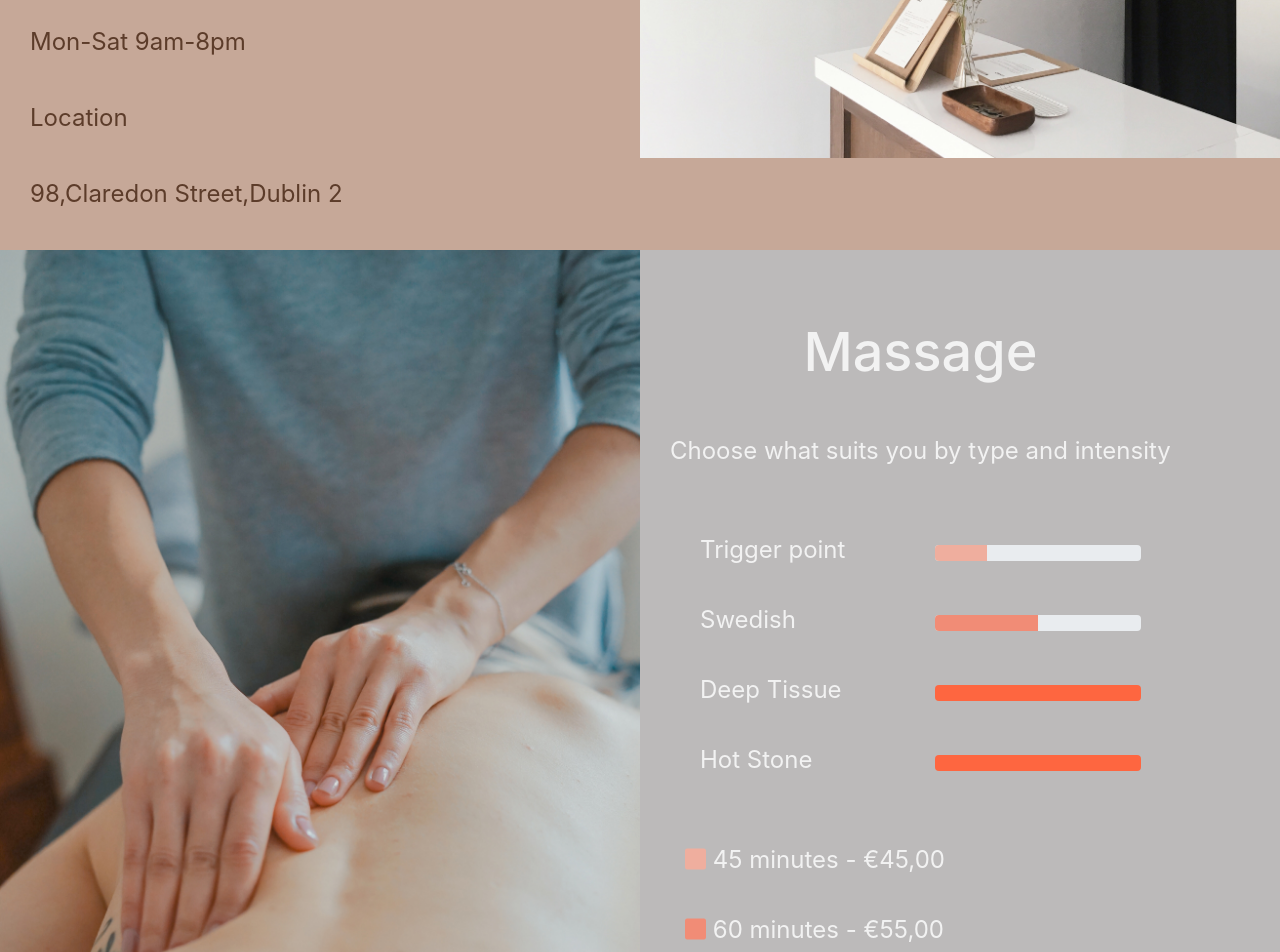
Repository: Code-Institute-Submissions/spa-website
Page: index.html
The author's editor kept a record of every edit. The page is drawn from the files as they stood at one moment, then again after the next edit.
The browser window is 1280 px wide. The pictures show the part of the page from y = 1282 to 2234 px (the page is 5148 px tall).
An inner scrolling area shows only its first screen. Backgrounds fixed to the window are drawn as part of the page. Some web libraries are served in a nearby version.

Above is the page before.

### index.html
<!DOCTYPE html>
<html lang="en">

<head>
  <meta charset="UTF-8">
  <meta name="viewport" content="width=device-width, initial-scale=1.0">
  <meta http-equiv="X-UA-Compatible" content="ie=edge">
  <link rel="stylesheet" href="./libraries/bootstrap.min.css" type="text/css" />
  <link rel="stylesheet" href="https://use.fontawesome.com/releases/v5.1.1/css/all.css" integrity="sha384-O8whS3fhG2OnA5Kas0Y9l3cfpmYjapjI0E4theH4iuMD+pLhbf6JI0jIMfYcK3yZ" crossorigin="anonymous">
  <link href="https://fonts.googleapis.com/css?family=Nobile" rel="stylesheet">
  <link rel="stylesheet" href="assets/css/style.css" type="text/css" />
  <script src="https://code.jquery.com/jquery-3.2.1.slim.min.js" integrity="sha384-KJ3o2DKtIkvYIK3UENzmM7KCkRr/rE9/Qpg6aAZGJwFDMVNA/GpGFF93hXpG5KkN" crossorigin="anonymous"></script>
  <script src="https://cdnjs.cloudflare.com/ajax/libs/popper.js/1.12.9/umd/popper.min.js" integrity="sha384-ApNbgh9B+Y1QKtv3Rn7W3mgPxhU9K/ScQsAP7hUibX39j7fakFPskvXusvfa0b4Q" crossorigin="anonymous"></script>
  <script src="https://maxcdn.bootstrapcdn.com/bootstrap/4.0.0/js/bootstrap.min.js" integrity="sha384-JZR6Spejh4U02d8jOt6vLEHfe/JQGiRRSQQxSfFWpi1MquVdAyjUar5+76PVCmYl" crossorigin="anonymous"></script>
  <title>Spa Website</title>
</head>

<body>


  <!-----------------------------Navigation Section------------------------------>

  <nav class="navbar navbar-expand-lg navbar-light fixed-top">
    <div class="container">
      <div>
        <ul class="navbar-nav ml-auto toptitle">
          <li class="nav-item">
            <a class="navbar-brand" href="#home">Unwind</a>
          </li>
        </ul>
      </div>
      <button class="navbar-toggler" type="button" data-toggle="collapse" data-target="#navbarSupportedContent" aria-controls="navbarSupportedContent" aria-expanded="false" aria-label="Toggle navigation">
            <span class="navbar-toggler-icon"></span>
        </button>

      <div class="collapse navbar-collapse" id="navbarcontent">
        <ul class="navbar-nav ml-auto">
          <li class="nav-item active">
            <a class="nav-link" href="#">Home
                        <span class="sr-only">(current)</span>
                    </a>
          </li>
          <li class="nav-item">
            <a class="nav-link" href="#about">About</a>
          </li>
          <li class="nav-item">
            <a class="nav-link" href="#massage">Massage</a>
          </li>
          <li class="nav-item">
            <a class="nav-link" href="#bathing">Bathing</a>
          </li>
          <li class="nav-item">
            <a class="nav-link" href="#offer">Offer</a>
          </li>
        </ul>
      </div>
    </div>
  </nav>

  <!---------------------------------Landing Page-------------------------------->

  <div class="home-area" id="home">
    <div class="home-text">
      <h1 id="titlepg">Take time for yourself.</h1>
    </div>
    <div class="button">
      <button type="button" class="btn-btn-primary btn-lg" href="#form" id="buttonpg">Book Now</button>
    </div>
  </div>


  <!----------------------------------About us---------------------------------->

  <section id="about-us" class="about-us">
    <div class="row no-gutters">
      <div class="col-12 col-md-6 d-flex align-items-center order-1 order-md-0">
        <div class="about">
          <h1 class="important">About us</h1>
          <div class="description">
            <p>Our Amazing Spa is on the Market for 13 years, located in the heart of Dublin City Center for easy access.</p>
            <p>We're always updating ourselves to provide the best treatments available for you to have your deserved time to relax!</p>
            <div class="details">
              <p>Opening Times</p>
              <p>Mon-Sat 9am-8pm</p>
              <p>Location</p>
              <p>98,Claredon Street,Dublin 2</p>
            </div>
          </div>
        </div>
      </div>
      <div class="col-12 col-md-6 order-0 order-md-1">
        <div class="vh-100 cover" id="about"></div>
      </div>
    </div>

  </section>




  <!------------------------------------Massage---------------------------------->

  <section id="massage" class="massage">
    <div class="row no-gutters">
      <div class="col-12 col-md-6 order-2">
        <div class="vh-100 cover"></div>
      </div>
      <div class="col-12 col-md-6 d-flex align-items-center order-3">
        <div id="masstop">
          <h1 class="titlemass">Massage</h1>
          <div id="secondline">
            <p>Choose what suits you by type and intensity</p>
          </div>
          <div class="containerlist">
            <div class="row">
              <div class="col-12 col-md-6">
                Trigger point
              </div>
              <div class="col-12 col-md-6" id="bar">
                <div class="progress">
                  <div class="progress-bar-low" role="progressbar" style="width: 25%" aria-valuenow="10" aria-valuemin="0" aria-valuemax="100">low</div>
                </div>
              </div>
            </div>

            <div class="row">
              <div class="col-12 col-md-6">
                Swedish
              </div>
              <div class="col-12 col-md-6" id="bar">
                <div class="progress">
                  <div class="progress-bar-medium" role="progressbar" style="width: 50%" aria-valuenow="10" aria-valuemin="0" aria-valuemax="100">medium</div>
                </div>
              </div>
            </div>


            <div class="row">
              <div class="col-12 col-md-6">
                Deep Tissue
              </div>
              <div class="col-12 col-md-6" id="bar">
                <div class="progress">
                  <div class="progress-bar-high" role="progressbar" style="width: 100%" aria-valuenow="10" aria-valuemin="0" aria-valuemax="100">high</div>
                </div>
              </div>
            </div>

            <div class="row">
              <div class="col-12 col-md-6">
                Hot Stone
              </div>
              <div class="col-12 col-md-6" id="bar">
                <div class="progress">
                  <div class="progress-bar-high" role="progressbar" style="width: 100%" aria-valuenow="10" aria-valuemin="0" aria-valuemax="100">high</div>
                </div>


              </div>
              <div class="circles">
                <div class="row">
                  <div class="col-12">
                    <span><i class="fas fa-square" id="low-square"></i> 45 minutes - €45,00</span><br>
                    <span><i class="fas fa-square" id="medium-square"></i> 60 minutes - €55,00</span><br>
                    <span><i class="fas fa-square" id="high-square"></i> 30 minutes - €65,00</i></span>
                  </div>
                </div>
              </div>
            </div>
          </div>
        </div>
      </div>

    </div>

  </section>



  <!--------------------------------------Bathing------------------------------->

  <section id="bathing" class="bathing">
    <div id="hero-bath">
      <div id="hero-overlay-bath">
        <div class="col-md-12">
          <h1 class="titlebath">Deluxe Bathing Room</h1>
          <div id="textbath">
            <span><i class="fa fa-user-alt"></i> 1 hour bath for one person- €45,00</span>
            </br>
           <span><i class="fa fa-user-friends"></i>1 hour bath for a couple- €60,00</span>
          </div>
          <p class="bottom"> Need extra time? 50% off on the next hour</p>
        </div>
      </div>
    </div>
  </section>




  <!--------------------------------------Offer---------------------------------->
  <section id="offer" class="offer">
    <div id="hero-offer">
      <div class="container">
        <h1 id="top">Do you think it can get any better?</h1>
        <h2 id="secondtop">Check this out!</h2>
        <div class="row" id="roundpics">
          <div class="col-sm-5">
            <img src="images/massagepic.jpg" class="rounded-circle" alt="massage">
          </div>
          <div class="col-sm-2">
            <p id="signplus">+</p>
          </div>
          <div class="col-sm-5">
            <img src="./images/bath.jpg" class="rounded-circle" alt="bath">
          </div>
          <p id="bottom">Buy any massage plus 1 hour bath and get 25% off the total price</p>
        </div>


  </section>

  <!--------------------------------------Form--------------->
  <section id="form" class="form">
    <div id="hero-cal">
      <div id="hero-overlay-cal">
        <h1 class="formt">Sign Up to book a day for you</h1>
        <form>
          <div class="form-group">
            <label for="InputName">Name</label>
            <input type="name" class="form-control" id="InputName" placeholder="Enter name">
          </div>
          <div class="form-group">
            <label for="InputEmail1">Email address</label>
            <input type="email" class="form-control" id="InputEmail1" aria-describedby="emailHelp" placeholder="Enter email">

          </div>
          <div class="form-group">
            <label for="InputPassword1">Password</label>
            <input type="password" class="form-control" id="InputPassword1" placeholder="Password">
          </div>
          <button type="submit" class="btn btn-primary btn-lg" id="buttonform">Sign Up</button>
        </form>
      </div>
    </div>
    </div>
  </section>



  <!------------Footer---------->
  <section id="footer" class="footer">
    <div class="text-center center-block">
      <p class="txt-footer">- unwind.com -</p>
      <br />
      <a href="https://www.facebook.com"><i class="fa fa-facebook-square fa-3x social"></i></a>
      <a href="https://twitter.com"><i class="fa fa-twitter-square fa-3x social"></i></a>
      <a href="mailto:unwindnow@gmail.com"><i class="fa fa-envelope-square fa-3x social"></i></a>
    </div>
  </section>
  <!-----------------------------------------end---------------------------->
  <script src="https://ajax.googleapis.com/ajax/libs/jquery/3.4.0/jquery.min.js "></script>
  <script type="text/javascript " src="./libraries/bootstrap.min.js "></script>

</body>

</html>

### assets/css/style.css
@import url('https://fonts.googleapis.com/css?family=Montserrat:400,700');

body {
  overflow-x: hidden;
  margin: 0 auto;
}

/*-----Navigation bar----*/

nav {
  color: #f1f1f1;
  background-color: #C6A898;
}

.navbar-brand {
  height: 2rem;
  color: #f2f2f2;
  font-family: segoe print;
  font-size: 32px;
  padding-bottom: 30px;
}

.toptitle {
  list-style: none;
}




/*------Landing Page----*/

.home-area {
  background: url('../../images/landing.jpg');
  background-position: center center;
  -webkit-background-size: cover;
  background-size: cover;
  height: 100vh;
  overflow-x: hidden;
}

.home-text {
  margin: 0 auto;
  text-align: center;
  height: auto;
}

#titlepg {
  margin-top: 45%;
  font-size: 84px;
  padding: 30px;
  color: #C6A898;
  text-shadow: 2px 1px 2px black;

}

#buttonpg {
  background-color: #f2f2f2;
  color: #5C3C2A;
  border-color: #f2f2f2;
  font-weight: bold;
  display: block;
  margin: 0 auto;
  margin-top: 10%;


}

@media (min-width: 600px) {
  #buttonpg {
    margin-top: 20%;
    font-size: 36px;
    padding: 14px 40px;
  }

  #titlepg {
    margin-top: 40%;
  }
}

@media (max-width: 360px) {
  #titlepg {
    font-size: 54px;

  }

  #buttonpg {
    margin-top: 20%;

  }
}

@media (min-width: 1024px) {
  #titlepg {
    margin-top: 50%;
  }
}




/*--------------About Us----------*/

#about {
  background-attachment: fixed;
  background-image: url(' ../../images/aboutus.jpg');
  background-size: cover;
  background-repeat: no-repeat;
  position: relative;
  padding: 30px;
}

.about-us {
  background-color: #C6A898;
  margin: 0px;
}

.abouttxt {
  margin: 30px;

}

.important {
  padding: 40px 30px 40px;
  text-align: center;
  color: #5C3C2A;
  font-size: 54px;
  line-height: 44px;
}

.description p {
  padding: 0px 30px 20px;
  text-align: left;
  font-size: 24px;
  color: #5C3C2A;
  line-height: 40px;

}

.details {

  bottom: 0;
  padding-top: 10%;
  font-size: 1rem;

}

.details p {
  text-align: left;
  color: #5C3C2A;

}

@media (min-width: 700px) and (max-width: 1000px) {
  .description p {
    line-height: 30px;

  }
}




/*------------------Massage---------------*/

.cover {
  background-attachment: fixed;
  background-image: url('../../images/massagepic.jpg');
  background-size: cover;
  background-repeat: no-repeat;
  position: relative;
  padding: 30px;
  margin: 0px;
}



#massage {
  background-color: #BCBABA;
  color: #f2f2f2;
  margin: 0px;
}

#masstop {
  margin: 30px;
}

.titlemass {
  font-size: 54px;
  color: #f2f2f2;
  text-align: center;
  padding: 40px 30px 40px;

}

#secondline {
  font-size: 24px;
  color: #f2f2f2;
  text-align: center;
}

.containerlist {
  width: 100%;
  height: 100%;
  font-size: 24px;
  line-height: 70px;
  padding: 30px;
}

#bar {
  margin-top: 30px;
}

.progress-bar-low {
  background-color: #EFAE9E;
  color: #f2f2f2;
}

.progress-bar-medium {
  background-color: #F18C76;
}

.progress-bar-high {
  background-color: #FE6640;
}

.circles {
  padding-top: 30px;
}

#low-square {
  color: #EFAE9E;
}

#medium-square {
  color: #F18C76;
}

#high-square {
  color: #FE6640;
}

tbody {
  font-weight: normal;
  font-size: 36px;
  color: #f2f2f2;
}

thead {
  font-size: 36px;
  color: #f2f2f2;
}



@media (max-width: 320px) {
  .containerlist {
    font-size: 18px;
  }
}

@media (min-width: 700px) and (max-width:1000px) {
  .containerlist {
    padding: 10px;
  }
}

/*------------Bathing---------*/

bathing {
  margin: 0px;
}

#hero-bath {
  background-image: url('../../images/bath.jpg');
  background-size: cover;
  background-position: center center;
  position: relative;
  top: 0;
  bottom: 0;
  height: 100vh;
  z-index: -10;
}

#hero-overlay-bath {
  position: absolute;
  background-color: rgba(0, 0, 0, 0.5);
  top: 0px;
  bottom: 0px;
  height: 100%;
  width: 100%;
  z-index: -5;
}

#textbath {
  color: #f2f2f2;
  display: block;
  margin: 0 auto;
  padding: 30px;
  padding-top: 130px;
}

.titlebath {
  font-size: 48px;
  text-align: center;
  color: #f2f2f2;
  margin-top: 70px;

}

.bottom {
  color: #f2f2f2;
  font-size: 24px;
  padding-top: 200px;
  text-align: center;

}

@media (min-width: 600px) and (max-width: 1000px) {
  #textbath {
    font-size: 24px;
    padding: 70px;
    padding-top: 240px;
    margin-left: 5%;
  }

  .bottom {
    font-size: 36px;

    padding-top: 240px;
  }

  .titlebath {
    font-size: 54px;
    margin-top: 130px;

  }
}

@media (max-width: 320px) {
  .bottom {
    font-size: 18px;
    padding-top: 50px;
    padding-bottom: 30px;
  }

  .titlebath {
    font-size: 48px;
    margin-top: 50px;
  }

  #textbath {
    font-size: 18px;
    padding: 5px;
    padding-top: 60px;
    margin-left: 5%;
  }
}

@media (min-width: 1000px) {
  .titlebath {
    margin-top: 150px;
  }

  #textbath {
    font-size: 36px;
    padding: 30px;
    padding-top: 350px;
    margin-left: 5%;
  }

  .bottom {
    font-size: 36px;
    padding-top: 450px;
    padding-bottom: 30px;
  }
}

@media (min-height: 640px) and (max-height: 730px) {
  .bottom {
    padding-top: 100px;
    padding-bottom: 30px;
  }
}

/*-----------Offer----------*/

#hero-offer {
  background-image: url('../../images/backgroundflwr.jpg');
  background-size: cover;
  background-position: center center;
  position: relative;
  top: 0;
  bottom: 0;
  height: 100vh;
  z-index: -10;
}

#roundpics {
  width: 100%;
  margin: 0 auto;
  overflow: hidden;
  align-items: center;
  justify-content: space-around;
  display: flex;
  float: none;
}

.rounded-circle {
  width: 200px;
  height: 200px;
  display: block;
  margin: 0 auto;
  padding: 20px;
}

offer {
  margin: 0px;
}

#top {
  font-size: 40px;
  color: #5C3C2A;
  text-align: center;
  padding-top: 15%;


}

#secondtop {
  font-size: 40px;
  color: #B7927E;
  text-align: center;
}

#bottom {
  font-size: 18px;
  color: #5C3C2A;
  text-align: center;
  font-weight: bold;
  padding: 20px;

}

#signplus {
  text-align: center;
  font-weight: bold;
  font-size: 40px;

}

@media (max-width: 320px) {
  #bottom {
    font-size: 12px;
    padding-top: 0px;
  }

  #signplus {
    padding: 0px;
  }
}

@media (min-width: 700px) and (max-width: 1000px) {
  .rounded-circle {
    width: 280px;
    height: 280px;
  }

  #roundpics {
    margin-top: 160px;
  }

  #bottom {
    font-size: 36px;
    margin: 0 auto;
    margin-top: 150px;
  }
}

@media (min-width: 1000px) {
  .rounded-circle {
    width: 380px;
    height: 380px;
    margin-top: 10px;


  }

  #roundpics {
    margin-top: 190px;
  }

  #signplus {
    padding-top: 70px;
    padding-left: 10px;
  }

  #bottom {
    font-size: 36px;
    margin: 0 auto;
    margin-top: 220px;
  }
}

@media (max-height: 670px) {
  #top {
    font-size: 18px;
    padding-top: 15%;
  }

  .rounded-circle {
    width: 160px;
    height: 160px;
    display: block;
    margin: 0 auto;

  }

  #signplus {
    font-size: 18px;

  }

  #bottom {
    font-size: 18px;
    margin-top: 10px;
  }

  #secondtop {
    font-size: 18px;
  }


}

@media (min-height: 730px) and (max-height: 736px) {
  #top,
  #secondtop {
    font-size: 24px;



  }

}


/*----------Form----------*/

form {
  margin: 0px;
}

#hero-cal {
  background-attachment: fixed;
  background-image: url('../../images/calendar.jpg');
  background-size: cover;
  background-position: center center;
  position: relative;
  top: 0;
  bottom: 0;
  height: 100vh;
  z-index: -10;
}

#hero-overlay-cal {
  position: absolute;
  background-color: rgba(0, 0, 0, 0.5);
  top: 0px;
  bottom: 0px;
  height: 100%;
  width: 100%;
  z-index: -5;
}

form {
  padding: 15%;

}


.formt {
  color: #f2f2f2;
  font-size: 48px;
  padding-top: 15%;
  text-align: center;
}

.form-group {
  color: #f2f2f2;
  font-size: 30px;
  text-align: left;
  margin-top: 30px;

}

#buttonform {
  background-color: #f2f2f2;
  color: #5C3C2A;
  border-color: #f2f2f2;
  font-weight: bold;
  display: block;
  margin: 0 auto;
  margin-top: 40px;
}

@media (min-width: 600px) {
  #buttonform {
    margin-top: 30%;
    padding: 14px 40px;

  }

}

@media (max-width: 360px) {

  .formt {
    font-size: 24px;
    padding-top: 15%;

  }

  .form-group {
    font-size: 18px;
    margin-top: 1px;
  }
}

@media (min-width: 1000px) {
  .form-group {
    font-size: 36px;
  }

  #buttonform {
    font-size: 36px;
    font-weight: bold;
  }

}

@media (min-height: 666px) and (max-height: 737px) {
  .form-group {

margin-top: 5px;

  }
}

/*--------Footer------*/



#footer {
  background-color: #C6A898;
}

.txt-footer {
  color: #f2f2f2;
}

.fab, .far {
  color: #f2f2f2;
  padding: 10px;
  font-size: 30px;
  width: 50px;
  text-align: center;
  text-decoration: none;

}

Loaded but not shown: libraries/bootstrap.min.css (library); libraries/bootstrap.min.js (library)

After the next edit:
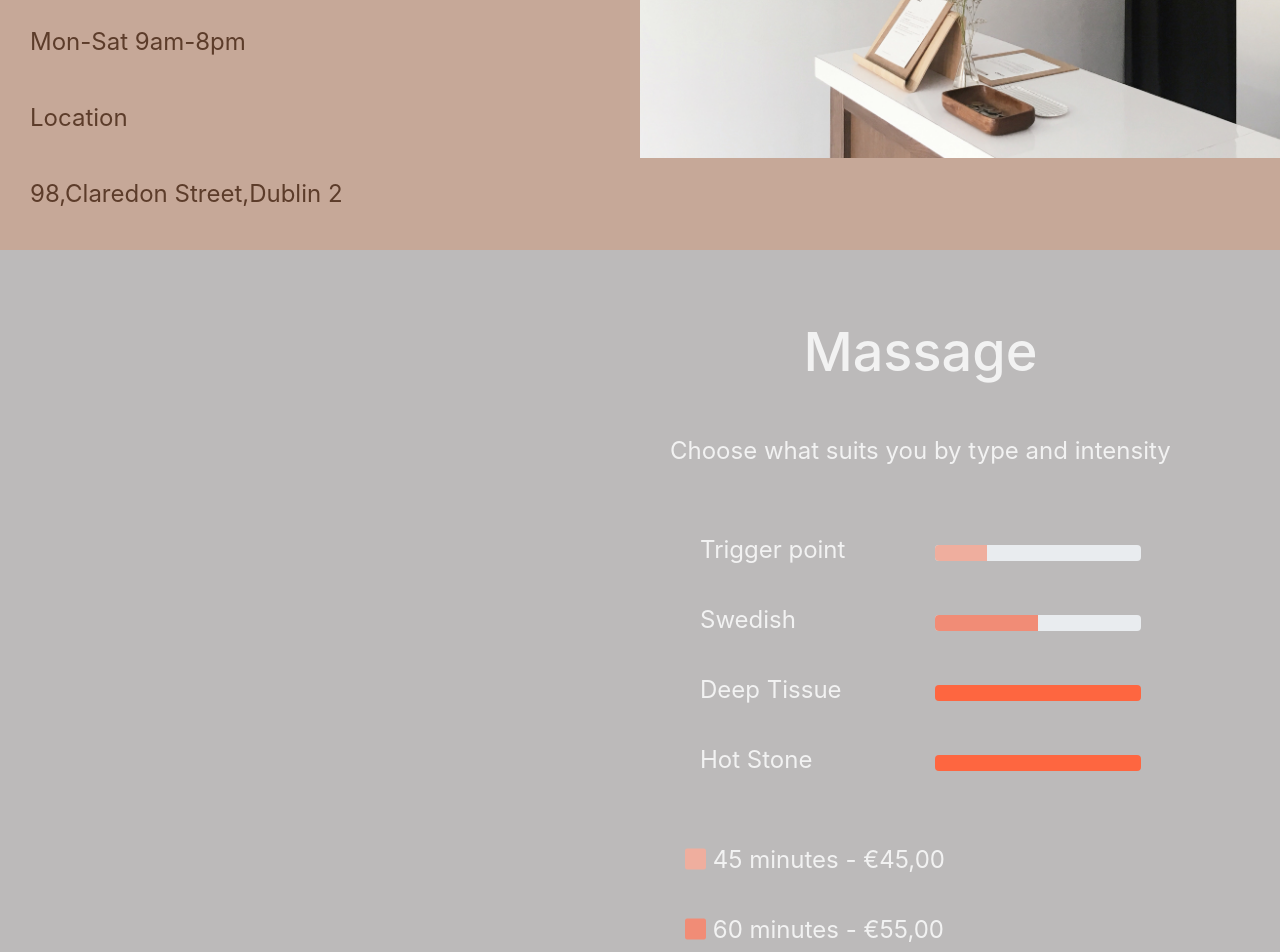
The edit:
--- a/assets/css/style.css
+++ b/assets/css/style.css
@@ -162,7 +162,7 @@
 
 /*------------------Massage---------------*/
 
-.cover {
+#cover {
   background-attachment: fixed;
   background-image: url('../../images/massagepic.jpg');
   background-size: cover;
